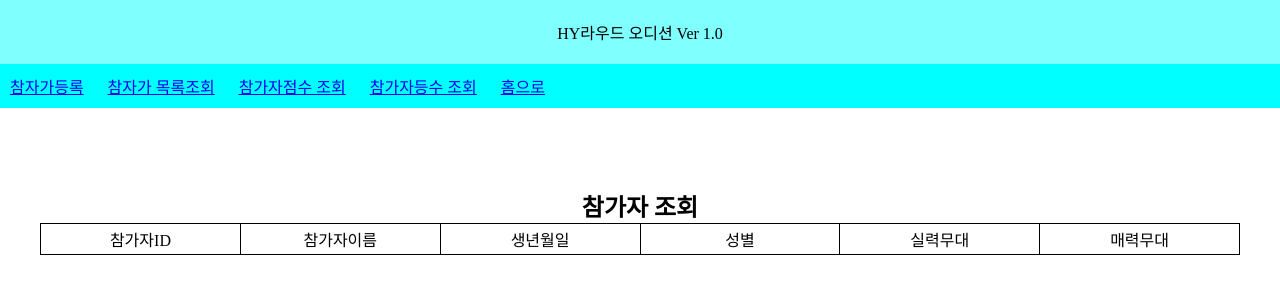
Repository: juntae710/acorn_web
Page: http://localhost/prj0828/오디션/참가자점수조회.jsp
These files come from the project's save history. The page is drawn as it stood at one moment and after the next save; the edit follows.
The browser window is 1280 px wide. The pictures show the whole page.
The page is served by Tomcat 9. Other server files are loaded and not shown. Queries for data that is not in the repository find no rows.

Above is the page before, as saved 2023-08-28 08:37:32.

### prj0828/src/main/webapp/오디션/참가자점수조회.jsp
<%@ page language="java" contentType="text/html; charset=UTF-8"
    pageEncoding="UTF-8"%>
    <%@  page import="java.sql.*" %>
<!DOCTYPE html>
<html>
<head>
<meta charset="UTF-8">
<title>Insert title here</title>
<link href="./css/list.css"  rel="stylesheet" />
<link href="../css/index.css" rel="stylesheet" />
<style type="text/css">
* {
	padding: 0px;
	margin: 0px;
}

table {
	margin: 0 auto;
	margin-top: 50px; width : 400px;
	border: 1px solid black;
	width: 1200px;
}

td {
	width: 200px;
	height: 30px; border : 1px solid black;
	text-align: center;
	border: 1px solid black;
}
</style>
</head>
<body>
	<header> HY라우드 오디션 Ver 1.0 </header>
	<nav>
		<ul>
			<li><a href="참가자등록.jsp">참자가등록</a></li>
			<li><a href="참가자등록.jsp">참자가 목록조회</a></li>
			<li><a href="list.jsp">참가자점수 조회</a></li>
			<li><a href="index.jsp">참가자등수 조회</a></li>
			<li><a href="index.jsp">홈으로</a></li>
		</ul>

	</nav>
	<section>
		<table>
		<caption>
			<h2>참가자 조회</h2>
		</caption>
<tr>
	<td>참가자ID</td>
	<td>참가자이름</td>
	<td>생년월일</td>
	<td>성별</td>
	<td>실력무대</td>
	<td>매력무대</td>
</tr>

<%
	Connection con=null;
	Statement st = null;
	ResultSet rs = null;
	try{
		String driver = "oracle.jdbc.driver.OracleDriver" ;
		String url="jdbc:oracle:thin:@localhost:1521:xe";
		String user="scott";
		String password="tiger";

		 //1. 오라클드라이버 로딩
		Class.forName(driver); //2. 데이터베이스 연결
		con= DriverManager.getConnection(url, user, password); //3. statement 얻어오기
		st = con.createStatement();
		 //4. 필요한 sql 작성
		String sql =" SELECT JOIN_ID ,JOIN_NM ,to_char(TO_date(BIRTH), ";
				sql += " 'yyyy\"년\"mm\"월\"dd\"일\"') , decode(GENDER,'M','남성','W','여성') , ";
				sql += " decode(SPECIALTY,'D','댄스','R','랩','V','보컬') , CHARM  from tbl_join_200 ";
		      //5. 최종적으로 실행
		      System.out.println(sql);
		      rs = st.executeQuery( sql) ;
		 //6. 가져온 쿼리 결과를 화면에 출력하기
		while( rs.next() ) {
%>
<!-- db연동후 데이터 조회부분 -->
<tr>
	<td> <%=rs.getString(1) %></td>
	<td><%=rs.getString(2) %></td>
	<td><%=rs.getString(3) %></td>
	<td><%=rs.getString(4) %></td>
	<td><%=rs.getString(5) %></td>
	<td><%=rs.getString(6) %></td>
</tr>
<%
		}
	}catch(Exception e){
		e.printStackTrace();
	}
	finally{ //자원의 반납
		if( rs!= null) rs.close();
		if( st != null) st.close();
		if( con != null) con.close();
	}
%>
</table>
	</section>
	<footer></footer>



</body>
</html>

### prj0828/src/main/webapp/css/index.css
@charset "UTF-8";
*{
	padding: 0px;
	margin: 0px;
}
header{
	padding: 20px;
	/*color: blue;*/
	background-color: rgb(128, 255, 255);
	text-align: center;
}
nav{
	padding: 10px;
	/*color: blue;*/
	background-color: rgb(0, 255, 255);
	/*text-align: center;*/
}
ul{
	list-style: none;
}
ul > li{
	display: inline-block;
	padding-right: 20px;
}
section{
	height: 500px;
	padding: 30px;
}
section ol{
	margin-top: 50px;
}
footer{
	background-color:  rgb(128, 255, 255);
}

### prj0828/src/main/webapp/css/list.css
@charset "UTF-8";
table{
	width: 800px;
	border:1px solid black;
	border-collapse: collapse;
}

td{
		border:1px solid black;

}

After the next save:
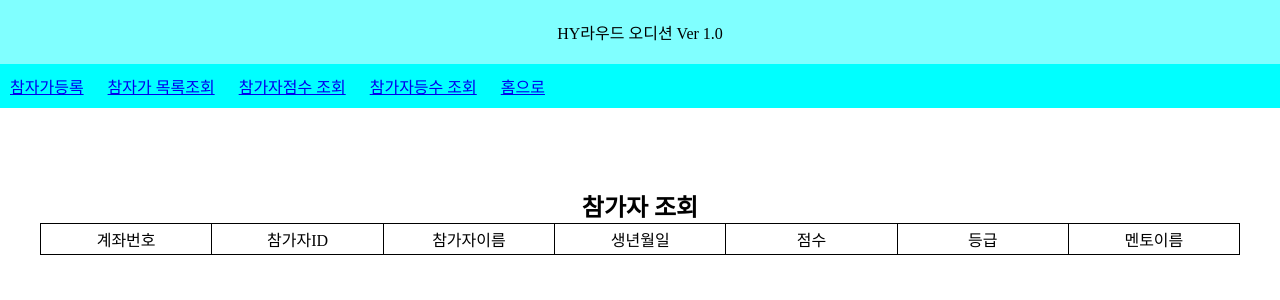
Saved 76 s later.
--- a/prj0828/src/main/webapp/오디션/참가자점수조회.jsp
+++ b/prj0828/src/main/webapp/오디션/참가자점수조회.jsp
@@ -1,12 +1,12 @@
 <%@ page language="java" contentType="text/html; charset=UTF-8"
-    pageEncoding="UTF-8"%>
-    <%@  page import="java.sql.*" %>
+	pageEncoding="UTF-8"%>
+<%@  page import="java.sql.*"%>
 <!DOCTYPE html>
 <html>
 <head>
 <meta charset="UTF-8">
 <title>Insert title here</title>
-<link href="./css/list.css"  rel="stylesheet" />
+<link href="./css/list.css" rel="stylesheet" />
 <link href="../css/index.css" rel="stylesheet" />
 <style type="text/css">
 * {
@@ -16,14 +16,16 @@
 
 table {
 	margin: 0 auto;
-	margin-top: 50px; width : 400px;
+	margin-top: 50px;
+	width: 400px;
 	border: 1px solid black;
 	width: 1200px;
 }
 
 td {
 	width: 200px;
-	height: 30px; border : 1px solid black;
+	height: 30px;
+	border: 1px solid black;
 	text-align: center;
 	border: 1px solid black;
 }
@@ -43,63 +45,67 @@ td {
 	</nav>
 	<section>
 		<table>
-		<caption>
-			<h2>참가자 조회</h2>
-		</caption>
-<tr>
-	<td>참가자ID</td>
-	<td>참가자이름</td>
-	<td>생년월일</td>
-	<td>성별</td>
-	<td>실력무대</td>
-	<td>매력무대</td>
-</tr>
+			<caption>
+				<h2>참가자 조회</h2>
+			</caption>
+			<tr>
+				<td>계좌번호</td>
+				<td>참가자ID</td>
+				<td>참가자이름</td>
+				<td>생년월일</td>
+				<td>점수</td>
+				<td>등급</td>
+				<td>멘토이름</td>
 
-<%
-	Connection con=null;
-	Statement st = null;
-	ResultSet rs = null;
-	try{
-		String driver = "oracle.jdbc.driver.OracleDriver" ;
-		String url="jdbc:oracle:thin:@localhost:1521:xe";
-		String user="scott";
-		String password="tiger";
+			</tr>
 
-		 //1. 오라클드라이버 로딩
-		Class.forName(driver); //2. 데이터베이스 연결
-		con= DriverManager.getConnection(url, user, password); //3. statement 얻어오기
-		st = con.createStatement();
-		 //4. 필요한 sql 작성
-		String sql =" SELECT JOIN_ID ,JOIN_NM ,to_char(TO_date(BIRTH), ";
+			<%
+			Connection con = null;
+			Statement st = null;
+			ResultSet rs = null;
+			try {
+				String driver = "oracle.jdbc.driver.OracleDriver";
+				String url = "jdbc:oracle:thin:@localhost:1521:xe";
+				String user = "scott";
+				String password = "tiger";
+
+				//1. 오라클드라이버 로딩
+				Class.forName(driver); //2. 데이터베이스 연결
+				con = DriverManager.getConnection(url, user, password); //3. statement 얻어오기
+				st = con.createStatement();
+				//4. 필요한 sql 작성
+				String sql = " SELECT JOIN_ID ,JOIN_NM ,to_char(TO_date(BIRTH), ";
 				sql += " 'yyyy\"년\"mm\"월\"dd\"일\"') , decode(GENDER,'M','남성','W','여성') , ";
 				sql += " decode(SPECIALTY,'D','댄스','R','랩','V','보컬') , CHARM  from tbl_join_200 ";
-		      //5. 최종적으로 실행
-		      System.out.println(sql);
-		      rs = st.executeQuery( sql) ;
-		 //6. 가져온 쿼리 결과를 화면에 출력하기
-		while( rs.next() ) {
-%>
-<!-- db연동후 데이터 조회부분 -->
-<tr>
-	<td> <%=rs.getString(1) %></td>
-	<td><%=rs.getString(2) %></td>
-	<td><%=rs.getString(3) %></td>
-	<td><%=rs.getString(4) %></td>
-	<td><%=rs.getString(5) %></td>
-	<td><%=rs.getString(6) %></td>
-</tr>
-<%
-		}
-	}catch(Exception e){
-		e.printStackTrace();
-	}
-	finally{ //자원의 반납
-		if( rs!= null) rs.close();
-		if( st != null) st.close();
-		if( con != null) con.close();
-	}
-%>
-</table>
+				//5. 최종적으로 실행
+				System.out.println(sql);
+				rs = st.executeQuery(sql);
+				//6. 가져온 쿼리 결과를 화면에 출력하기
+				while (rs.next()) {
+			%>
+			<!-- db연동후 데이터 조회부분 -->
+			<tr>
+				<td><%=rs.getString(1)%></td>
+				<td><%=rs.getString(2)%></td>
+				<td><%=rs.getString(3)%></td>
+				<td><%=rs.getString(4)%></td>
+				<td><%=rs.getString(5)%></td>
+				<td><%=rs.getString(6)%></td>
+			</tr>
+			<%
+			}
+			} catch (Exception e) {
+			e.printStackTrace();
+			} finally { //자원의 반납
+			if (rs != null)
+			rs.close();
+			if (st != null)
+			st.close();
+			if (con != null)
+			con.close();
+			}
+			%>
+		</table>
 	</section>
 	<footer></footer>
 
